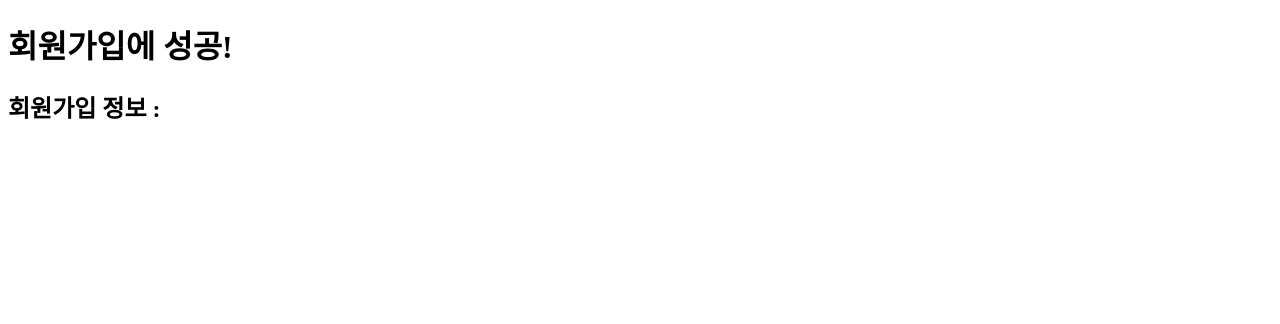
Repository: saahhh/Servlet-JSP-Workspace
Page: http://localhost/join/register_success.jsp
These files come from the project's save history. The page is drawn as it stood at one moment and after the next save; the edit follows.
The browser window is 1280 px wide. The pictures show the whole page.
The page is served by Tomcat 9. Other server files are loaded and not shown.

Above is the page before, as saved 2023-11-07 02:16:50.

### join/src/main/webapp/register_success.jsp
<%@ page language="java" contentType="text/html; charset=EUC-KR"
    pageEncoding="EUC-KR"%>
<!DOCTYPE html>
<html>
<head>
<meta charset="EUC-KR">
<title>회원가입 성공하셨습니다.</title>
</head>
<body>
<h1>회원가입에 성공!</h1>
<h2>회원가입 정보 : </h2>
</body>
</html>

After the next save:
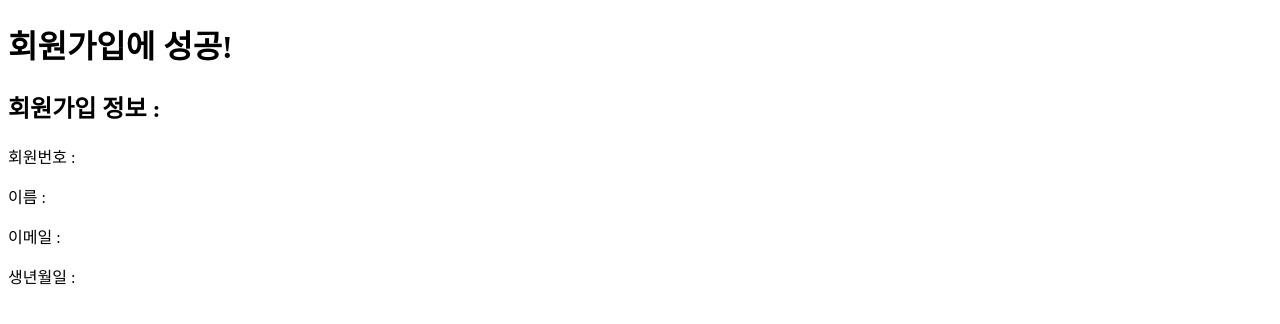
Saved 65 s later.
--- a/join/src/main/webapp/register_success.jsp
+++ b/join/src/main/webapp/register_success.jsp
@@ -9,5 +9,9 @@
 <body>
 <h1>회원가입에 성공!</h1>
 <h2>회원가입 정보 : </h2>
+<p> 회원번호 : </p>
+<p> 이름 : </p>
+<p> 이메일 : </p>
+<p> 생년월일 : </p>
 </body>
 </html>
